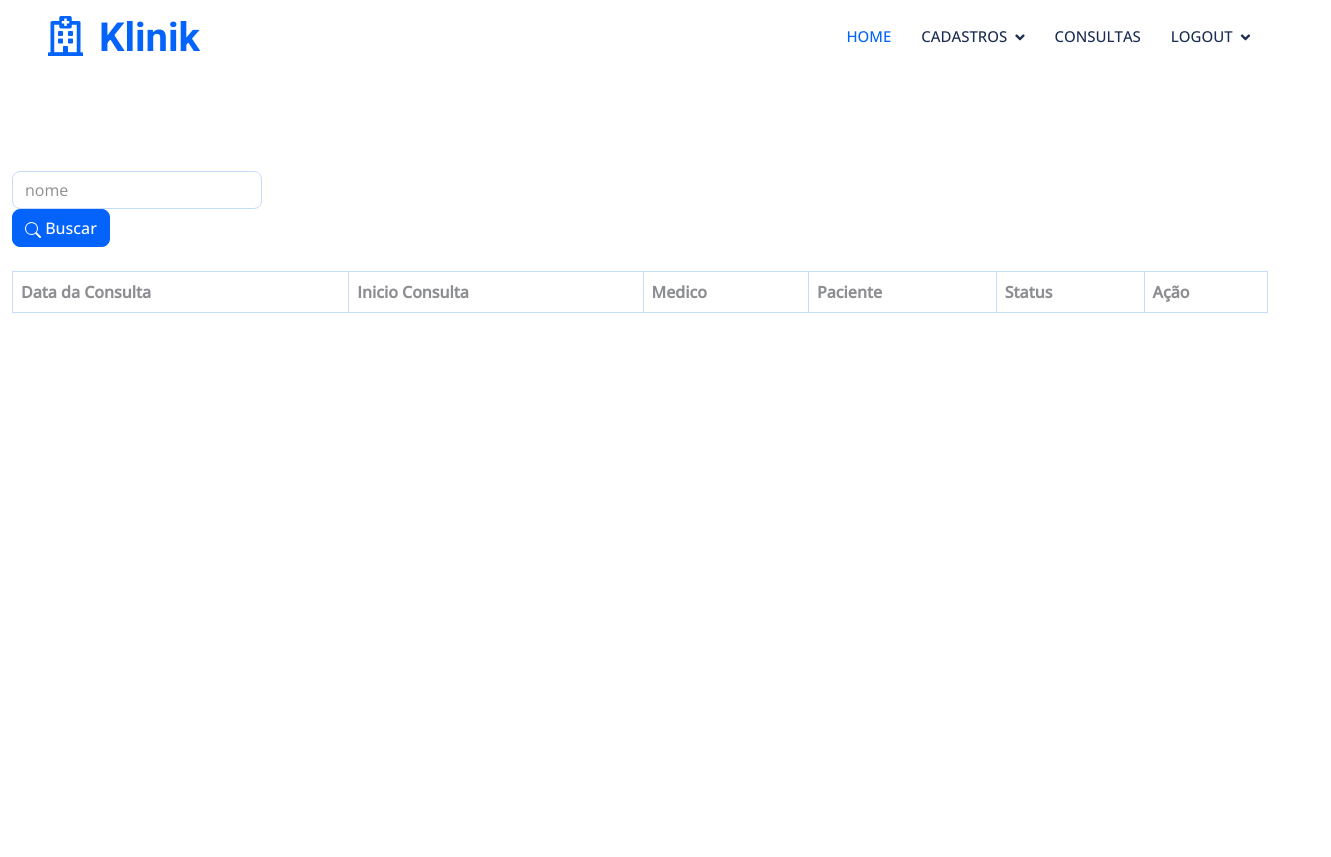
Repository: henrickrufino91/AgendaConsultas
Page: http://localhost/consulta/listarConsultas
These files come from the project's save history. The page is drawn as it stood at one moment and after the next save; the edit follows.
The browser window is 1280 px wide. The page is 1331 px wide, so the pictures cover 1331 px, including what lies to the right of the window. The pictures show the whole page.
Some web libraries are served in a nearby version. The page is this project's Thymeleaf template; nobody is signed in. The template is opened directly, without the code that normally fills it, so the values that code supplies are empty.

Above is the page before, as saved 2024-12-26 18:05:20.

### clinica/src/main/resources/templates/consulta/listarConsultas.html
<!DOCTYPE html>
<html lang="en">

<head>
    <meta charset="utf-8">
    <title>Lista de Consultas</title>
    <meta content="width=device-width, initial-scale=1.0" name="viewport">
    <meta content="" name="keywords">
    <meta content="" name="description">

    <!-- Favicon -->
    <link href="img/favicon.ico" rel="icon">

    <!-- Google Web Fonts -->
    <link rel="preconnect" href="https://fonts.googleapis.com">
    <link rel="preconnect" href="https://fonts.gstatic.com" crossorigin>
    <link href="https://fonts.googleapis.com/css2?family=Open+Sans:wght@400;500&family=Roboto:wght@500;700;900&display=swap" rel="stylesheet">

    <!-- Icon Font Stylesheet -->
    <link href="https://cdnjs.cloudflare.com/ajax/libs/font-awesome/5.10.0/css/all.min.css" rel="stylesheet">
    <link href="https://cdn.jsdelivr.net/npm/bootstrap-icons@1.4.1/font/bootstrap-icons.css" rel="stylesheet">

    <!-- Libraries Stylesheet -->
    <link href="lib/animate/animate.min.css" rel="stylesheet">
    <link href="lib/owlcarousel/assets/owl.carousel.min.css" rel="stylesheet">
    <link href="lib/tempusdominus/css/tempusdominus-bootstrap-4.min.css" rel="stylesheet" />

    <!-- Customized Bootstrap Stylesheet -->
    <link href="css/bootstrap.min.css" rel="stylesheet">

    <!-- Template Stylesheet -->
    <link href="css/style.css" rel="stylesheet">
</head>

<body>
    <!-- Spinner Start -->
    <div id="spinner" class="show bg-white position-fixed translate-middle w-100 vh-100 top-50 start-50 d-flex align-items-center justify-content-center">
        <div class="spinner-grow text-primary" style="width: 3rem; height: 3rem;" role="status">
            <span class="sr-only">Loading...</span>
        </div>
    </div>
    <!-- Spinner End -->


    <!-- Topbar Start -->
    <div class="container-fluid bg-light p-0 wow fadeIn" data-wow-delay="0.1s">

    </div>
    <!-- Topbar End -->


    <!-- Navbar Start -->
    <nav class="navbar navbar-expand-lg bg-white navbar-light sticky-top p-0 wow fadeIn" data-wow-delay="0.1s">
        <a href="index.html" class="navbar-brand d-flex align-items-center px-4 px-lg-5">
            <h1 class="m-0 text-primary"><i class="far fa-hospital me-3"></i>Klinik</h1>
        </a>
        <button type="button" class="navbar-toggler me-4" data-bs-toggle="collapse" data-bs-target="#navbarCollapse">
            <span class="navbar-toggler-icon"></span>
        </button>
        <div class="collapse navbar-collapse" id="navbarCollapse">
            <div class="navbar-nav ms-auto p-4 p-lg-0">
                <a th:href="@{/index}" class="nav-item nav-link active">Home</a>

                <div class="nav-item dropdown">
                    <a href="#" class="nav-link dropdown-toggle" data-bs-toggle="dropdown">Cadastros</a>
                    <div class="dropdown-menu rounded-0 rounded-bottom m-0">
                        <a th:href="@{/novoPaciente}" class="dropdown-item">Pacientes</a>
                        <a th:href="@{/novoMedico}" class="dropdown-item">Médicos(as)</a>
                       <a th:href="@{/novoUsuario}" class="dropdown-item">Usuários</a>

                    </div>
                </div>
                <a th:href="@{/novaConsulta}" class="nav-item nav-link">Consultas</a>

                <div class="nav-item dropdown">
                    <a href="#" class="nav-link dropdown-toggle" data-bs-toggle="dropdown">Logout</a>
                    <div class="dropdown-menu rounded-0 rounded-bottom m-0">
                        <a th:href="@{/logout}" class="dropdown-item">Sair</a>

                    </div>
                </div>

            </div>
        </div>
    </nav>
    <!-- Navbar End -->


    <!-- Header Start -->
    <div class="container-fluid header bg-primary p-0 mb-5">





    </div>
    <!-- Header End -->




    <!-- About Start -->
    <div class="container-xxl py-5">

       <div>
       <input class="form-control" value="nome" id="inputEmail" type="text" style="width: 250px" />


       <a class="btn btn-primary"><svg xmlns="http://www.w3.org/2000/svg" width="16" height="16" fill="currentColor" class="bi bi-search" viewBox="0 0 16 16">
  											<path d="M11.742 10.344a6.5 6.5 0 1 0-1.397 1.398h-.001q.044.06.098.115l3.85 3.85a1 1 0 0 0 1.415-1.414l-3.85-3.85a1 1 0 0 0-.115-.1zM12 6.5a5.5 5.5 0 1 1-11 0 5.5 5.5 0 0 1 11 0"/>
											</svg> Buscar</a>
       </div>

      <br>
       <table class="table table-bordered table-hover">

        		<thead>

            	<th scope="col">Data da Consulta</th>
            	<th scope="col">Inicio Consulta</th>
            	<th scope="col">Medico</th>
            	<th scope="col">Paciente</th>
            	<th scope="col">Status</th>
            	<th scope="col">Ação</th>

        		</thead>
        		<tbody>
            	<tr scope="row" th:each="c : ${listarConsultas}">


                <td th:text="${c.dataConsulta}"></td>
                <td th:text="${c.inicioConsulta}"></td>
                <td th:text="${c.consulta.medico.nome}"></td>
                <td th:text="${c.consulta.paciente.nome}"></td>
                <td th:text="${c.consulta.status.descricao}"></td>

                <td>

                 <a class="btn btn-primary" th:href="@{'/editarConsulta?codigo=' + ${c.codConsulta}}"> Editar
				<svg xmlns="http://www.w3.org/2000/svg" width="16" height="16" fill="currentColor" class="bi bi-pencil-fill" viewBox="0 0 16 16">
  				<path d="M12.854.146a.5.5 0 0 0-.707 0L10.5 1.793 14.207 5.5l1.647-1.646a.5.5 0 0 0 0-.708zm.646 6.061L9.793 2.5 3.293 9H3.5a.5.5 0 0 1 .5.5v.5h.5a.5.5 0 0 1 .5.5v.5h.5a.5.5 0 0 1 .5.5v.5h.5a.5.5 0 0 1 .5.5v.207zm-7.468 7.468A.5.5 0 0 1 6 13.5V13h-.5a.5.5 0 0 1-.5-.5V12h-.5a.5.5 0 0 1-.5-.5V11h-.5a.5.5 0 0 1-.5-.5V10h-.5a.5.5 0 0 1-.175-.032l-.179.178a.5.5 0 0 0-.11.168l-2 5a.5.5 0 0 0 .65.65l5-2a.5.5 0 0 0 .168-.11z"/>
				</svg></a>

				<a class="btn btn-danger" th:href="@{'/removerConsulta?codigo=' + ${c.codConsulta}}"> Remover
				<svg xmlns="http://www.w3.org/2000/svg" width="16" height="16" fill="currentColor" class="bi bi-archive-fill" viewBox="0 0 16 16">
  				<path d="M12.643 15C13.979 15 15 13.845 15 12.5V5H1v7.5C1 13.845 2.021 15 3.357 15zM5.5 7h5a.5.5 0 0 1 0 1h-5a.5.5 0 0 1 0-1M.8 1a.8.8 0 0 0-.8.8V3a.8.8 0 0 0 .8.8h14.4A.8.8 0 0 0 16 3V1.8a.8.8 0 0 0-.8-.8z"/>
				</svg></a>

                </td>






            </tr>
        </tbody>
        </table>

    </div>
    <!-- About End -->


    <!-- Service Start -->
    <div class="container-xxl py-5">

    </div>
    <!-- Service End -->


    <!-- Feature Start -->
    <div class="container-fluid bg-primary overflow-hidden my-5 px-lg-0">

    </div>
    <!-- Feature End -->


    <!-- Team Start -->
    <div class="container-xxl py-5">

    </div>
    <!-- Team End -->


    <!-- Appointment Start -->
    <div class="container-xxl py-5">

    </div>
    <!-- Appointment End -->


    <!-- Testimonial Start -->
    <div class="container-xxl py-5">

    </div>
    <!-- Testimonial End -->


    <!-- Footer Start -->

    </div>
    <!-- Footer End -->


    <!-- Back to Top -->
    <a href="#" class="btn btn-lg btn-primary btn-lg-square rounded-circle back-to-top"><i class="bi bi-arrow-up"></i></a>


    <!-- JavaScript Libraries -->
    <script src="https://code.jquery.com/jquery-3.4.1.min.js"></script>
    <script src="https://cdn.jsdelivr.net/npm/bootstrap@5.0.0/dist/js/bootstrap.bundle.min.js"></script>
    <script src="lib/wow/wow.min.js"></script>
    <script src="lib/easing/easing.min.js"></script>
    <script src="lib/waypoints/waypoints.min.js"></script>
    <script src="lib/counterup/counterup.min.js"></script>
    <script src="lib/owlcarousel/owl.carousel.min.js"></script>
    <script src="lib/tempusdominus/js/moment.min.js"></script>
    <script src="lib/tempusdominus/js/moment-timezone.min.js"></script>
    <script src="lib/tempusdominus/js/tempusdominus-bootstrap-4.min.js"></script>

    <!-- Template Javascript -->
    <script src="js/main.js"></script>
</body>

</html>

### clinica/src/main/resources/static/css/style.css
/********** Template CSS **********/
:root {
    --primary: #0463FA;
    --light: #EFF5FF;
    --dark: #1B2C51;
}

.fw-medium {
    font-weight: 500 !important;
}

.fw-bold {
    font-weight: 700 !important;
}

.fw-black {
    font-weight: 900 !important;
}

.back-to-top {
    position: fixed;
    display: none;
    right: 45px;
    bottom: 45px;
    z-index: 99;
}


/*** Spinner ***/
#spinner {
    opacity: 0;
    visibility: hidden;
    transition: opacity .5s ease-out, visibility 0s linear .5s;
    z-index: 99999;
}

#spinner.show {
    transition: opacity .5s ease-out, visibility 0s linear 0s;
    visibility: visible;
    opacity: 1;
}


/*** Button ***/
.btn {
    font-weight: 500;
    transition: .5s;
}

.btn.btn-primary,
.btn.btn-secondary {
    color: #FFFFFF;
}

.btn-square {
    width: 38px;
    height: 38px;
}

.btn-sm-square {
    width: 32px;
    height: 32px;
}

.btn-lg-square {
    width: 48px;
    height: 48px;
}

.btn-square,
.btn-sm-square,
.btn-lg-square {
    padding: 0;
    display: flex;
    align-items: center;
    justify-content: center;
    font-weight: normal;
}


/*** Navbar ***/
.navbar .dropdown-toggle::after {
    border: none;
    content: "\f107";
    font-family: "Font Awesome 5 Free";
    font-weight: 900;
    vertical-align: middle;
    margin-left: 8px;
}

.navbar .navbar-nav .nav-link {
    margin-right: 30px;
    padding: 25px 0;
    color: #FFFFFF;
    font-size: 15px;
    font-weight: 500;
    text-transform: uppercase;
    outline: none;
}

.navbar .navbar-nav .nav-link:hover,
.navbar .navbar-nav .nav-link.active {
    color: var(--primary);
}

@media (max-width: 991.98px) {
    .navbar .navbar-nav .nav-link  {
        margin-right: 0;
        padding: 10px 0;
    }

    .navbar .navbar-nav {
        border-top: 1px solid #EEEEEE;
    }
}

.navbar .navbar-brand,
.navbar a.btn {
    height: 75px;
}

.navbar .navbar-nav .nav-link {
    color: var(--dark);
    font-weight: 500;
}

.navbar.sticky-top {
    top: -100px;
    transition: .5s;
}

@media (min-width: 992px) {
    .navbar .nav-item .dropdown-menu {
        display: block;
        border: none;
        margin-top: 0;
        top: 150%;
        opacity: 0;
        visibility: hidden;
        transition: .5s;
    }

    .navbar .nav-item:hover .dropdown-menu {
        top: 100%;
        visibility: visible;
        transition: .5s;
        opacity: 1;
    }
}


/*** Header ***/
.header-carousel .owl-carousel-text {
    position: absolute;
    width: 100%;
    height: 100%;
    padding: 3rem;
    top: 0;
    left: 0;
    display: flex;
    align-items: center;
    justify-content: center;
    text-shadow: 0 0 30px rgba(0, 0, 0, .1);
}

.header-carousel .owl-nav {
    position: absolute;
    width: 200px;
    height: 45px;
    bottom: 30px;
    left: 50%;
    transform: translateX(-50%);
    display: flex;
    justify-content: space-between;
}

.header-carousel .owl-nav .owl-prev,
.header-carousel .owl-nav .owl-next {
    width: 45px;
    height: 45px;
    display: flex;
    align-items: center;
    justify-content: center;
    color: #FFFFFF;
    background: transparent;
    border: 1px solid #FFFFFF;
    border-radius: 45px;
    font-size: 22px;
    transition: .5s;
}

.header-carousel .owl-nav .owl-prev:hover,
.header-carousel .owl-nav .owl-next:hover {
    background: var(--primary);
    border-color: var(--primary);
}

.header-carousel .owl-dots {
    position: absolute;
    height: 45px;
    bottom: 30px;
    left: 50%;
    transform: translateX(-50%);
    display: flex;
    align-items: center;
    justify-content: center;
}

.header-carousel .owl-dot {
    position: relative;
    display: inline-block;
    margin: 0 5px;
    width: 15px;
    height: 15px;
    background: transparent;
    border: 1px solid #FFFFFF;
    border-radius: 15px;
    transition: .5s;
}

.header-carousel .owl-dot::after {
    position: absolute;
    content: "";
    width: 5px;
    height: 5px;
    top: 4px;
    left: 4px;
    background: #FFFFFF;
    border-radius: 5px;
}

.header-carousel .owl-dot.active {
    background: var(--primary);
    border-color: var(--primary);
}

.page-header {
    background: url(../img/header-page.jpg) top center no-repeat;
    background-size: cover;
    text-shadow: 0 0 30px rgba(0, 0, 0, .1);
}

.breadcrumb-item + .breadcrumb-item::before {
    color: var(--light);
}


/*** Service ***/
.service-item {
    transition: .5s;
}

.service-item:hover {
    margin-top: -10px;
    box-shadow: 0 .5rem 1.5rem rgba(0, 0, 0, .08);
}

.service-item .btn {
    width: 40px;
    height: 40px;
    display: inline-flex;
    align-items: center;
    background: #FFFFFF;
    border-radius: 40px;
    white-space: nowrap;
    overflow: hidden;
    transition: .5s;
}

.service-item:hover .btn {
    width: 140px;
}


/*** Feature ***/
@media (min-width: 992px) {
    .container.feature {
        max-width: 100% !important;
    }

    .feature-text  {
        padding-left: calc(((100% - 960px) / 2) + .75rem);
    }
}

@media (min-width: 1200px) {
    .feature-text  {
        padding-left: calc(((100% - 1140px) / 2) + .75rem);
    }
}

@media (min-width: 1400px) {
    .feature-text  {
        padding-left: calc(((100% - 1320px) / 2) + .75rem);
    }
}


/*** Team ***/
.team-item img {
    position: relative;
    top: 0;
    transition: .5s;
}

.team-item:hover img {
    top: -30px;
}

.team-item .team-text {
    position: relative;
    height: 100px;
    transition: .5s;
}

.team-item:hover .team-text {
    margin-top: -60px;
    height: 160px;
}

.team-item .team-text .team-social {
    opacity: 0;
    transition: .5s;
}

.team-item:hover .team-text .team-social {
    opacity: 1;
}

.team-item .team-social .btn {
    display: inline-flex;
    color: var(--primary);
    background: #FFFFFF;
    border-radius: 40px;
}

.team-item .team-social .btn:hover {
    color: #FFFFFF;
    background: var(--primary);
}


/*** Appointment ***/
.bootstrap-datetimepicker-widget.bottom {
    top: auto !important;
}

.bootstrap-datetimepicker-widget .table * {
    border-bottom-width: 0px;
}

.bootstrap-datetimepicker-widget .table th {
    font-weight: 500;
}

.bootstrap-datetimepicker-widget.dropdown-menu {
    padding: 10px;
    border-radius: 2px;
}

.bootstrap-datetimepicker-widget table td.active,
.bootstrap-datetimepicker-widget table td.active:hover {
    background: var(--primary);
}

.bootstrap-datetimepicker-widget table td.today::before {
    border-bottom-color: var(--primary);
}


/*** Testimonial ***/
.testimonial-carousel::before {
    position: absolute;
    content: "";
    top: 0;
    left: 0;
    height: 100%;
    width: 0;
    background: linear-gradient(to right, rgba(255, 255, 255, 1) 0%, rgba(255, 255, 255, 0) 100%);
    z-index: 1;
}

.testimonial-carousel::after {
    position: absolute;
    content: "";
    top: 0;
    right: 0;
    height: 100%;
    width: 0;
    background: linear-gradient(to left, rgba(255, 255, 255, 1) 0%, rgba(255, 255, 255, 0) 100%);
    z-index: 1;
}

@media (min-width: 768px) {
    .testimonial-carousel::before,
    .testimonial-carousel::after {
        width: 200px;
    }
}

@media (min-width: 992px) {
    .testimonial-carousel::before,
    .testimonial-carousel::after {
        width: 300px;
    }
}

.testimonial-carousel .owl-item .testimonial-text {
    background: var(--light);
    transform: scale(.8);
    transition: .5s;
}

.testimonial-carousel .owl-item.center .testimonial-text {
    background: var(--primary);
    transform: scale(1);
}

.testimonial-carousel .owl-item .testimonial-text *,
.testimonial-carousel .owl-item .testimonial-item img {
    transition: .5s;
}

.testimonial-carousel .owl-item.center .testimonial-text * {
    color: var(--light) !important;
}

.testimonial-carousel .owl-item.center .testimonial-item img {
    background: var(--primary) !important;
}

.testimonial-carousel .owl-nav {
    position: absolute;
    width: 350px;
    top: 15px;
    left: 50%;
    transform: translateX(-50%);
    display: flex;
    justify-content: space-between;
    opacity: 0;
    transition: .5s;
    z-index: 1;
}

.testimonial-carousel:hover .owl-nav {
    width: 300px;
    opacity: 1;
}

.testimonial-carousel .owl-nav .owl-prev,
.testimonial-carousel .owl-nav .owl-next {
    position: relative;
    color: var(--primary);
    font-size: 45px;
    transition: .5s;
}

.testimonial-carousel .owl-nav .owl-prev:hover,
.testimonial-carousel .owl-nav .owl-next:hover {
    color: var(--dark);
}


/*** Footer ***/
.footer .btn.btn-social {
    margin-right: 5px;
    width: 35px;
    height: 35px;
    display: flex;
    align-items: center;
    justify-content: center;
    color: var(--light);
    border: 1px solid #FFFFFF;
    transition: .3s;
}

.footer .btn.btn-social:hover {
    color: var(--primary);
}

.footer .btn.btn-link {
    display: block;
    margin-bottom: 5px;
    padding: 0;
    text-align: left;
    color: #FFFFFF;
    font-size: 15px;
    font-weight: normal;
    text-transform: capitalize;
    transition: .3s;
}

.footer .btn.btn-link::before {
    position: relative;
    content: "\f105";
    font-family: "Font Awesome 5 Free";
    font-weight: 900;
    margin-right: 10px;
}

.footer .btn.btn-link:hover {
    color: var(--primary);
    letter-spacing: 1px;
    box-shadow: none;
}

.footer .copyright {
    padding: 25px 0;
    font-size: 15px;
    border-top: 1px solid rgba(256, 256, 256, .1);
}

.footer .copyright a {
    color: var(--light);
}

.footer .copyright a:hover {
    color: var(--primary);
}

Loaded but not shown: clinica/src/main/resources/static/lib/animate/animate.min.css (library); clinica/src/main/resources/static/lib/owlcarousel/assets/owl.carousel.min.css (common file); clinica/src/main/resources/static/lib/tempusdominus/css/tempusdominus-bootstrap-4.min.css (library); clinica/src/main/resources/static/css/bootstrap.min.css (library); clinica/src/main/resources/static/lib/wow/wow.min.js (library); clinica/src/main/resources/static/lib/easing/easing.min.js (common file); clinica/src/main/resources/static/lib/waypoints/waypoints.min.js (library); clinica/src/main/resources/static/lib/counterup/counterup.min.js (common file); clinica/src/main/resources/static/lib/owlcarousel/owl.carousel.min.js (library); clinica/src/main/resources/static/lib/tempusdominus/js/moment.min.js (library); clinica/src/main/resources/static/lib/tempusdominus/js/moment-timezone.min.js (library); clinica/src/main/resources/static/lib/tempusdominus/js/tempusdominus-bootstrap-4.min.js (library); clinica/src/main/resources/static/js/main.js (97 lines, source omitted)

After the next save:
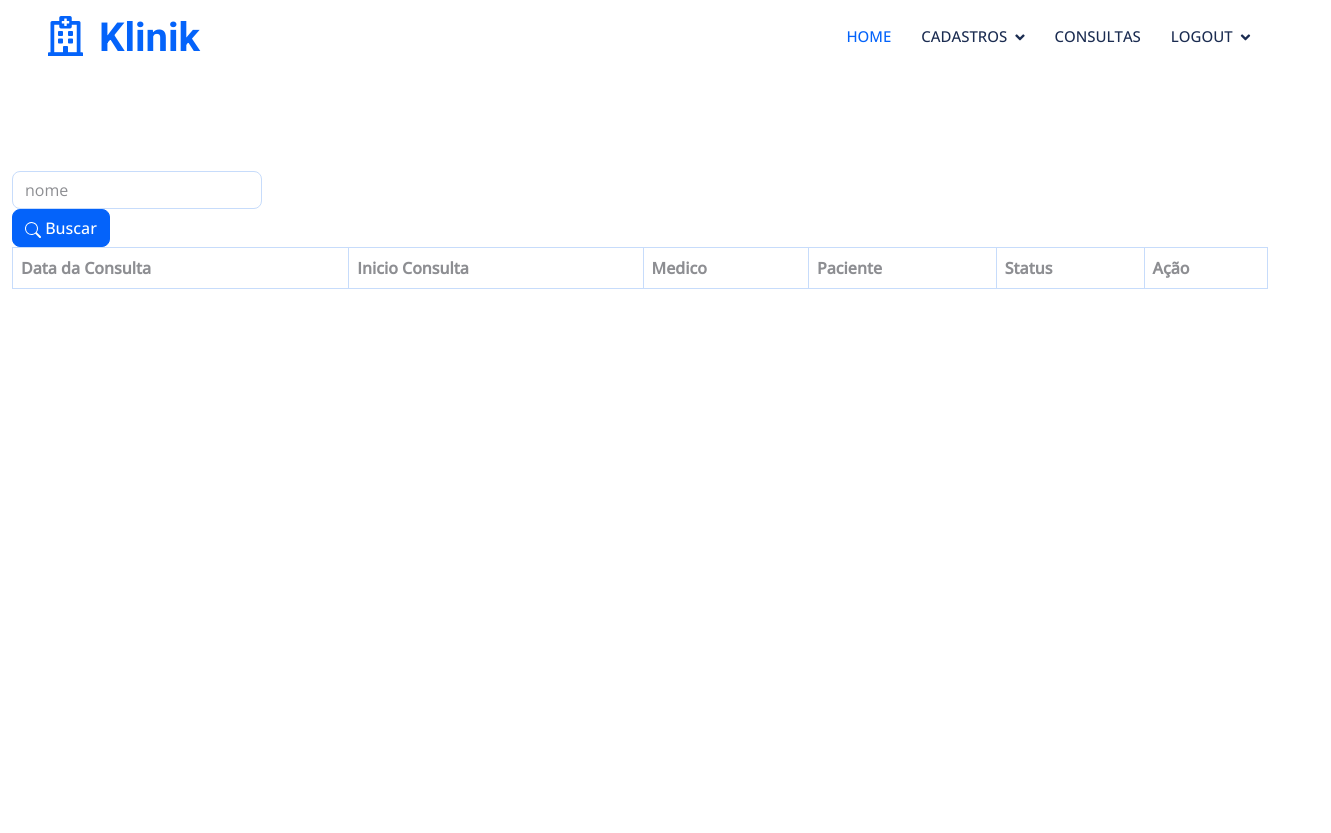
Saved 21 s later.
--- a/clinica/src/main/resources/templates/consulta/listarConsultas.html
+++ b/clinica/src/main/resources/templates/consulta/listarConsultas.html
@@ -102,7 +102,7 @@
     <!-- About Start -->
     <div class="container-xxl py-5">
 
-       <div>
+       <div style="display: inline-block;">
        <input class="form-control" value="nome" id="inputEmail" type="text" style="width: 250px" />
 
 

After the save that followed:
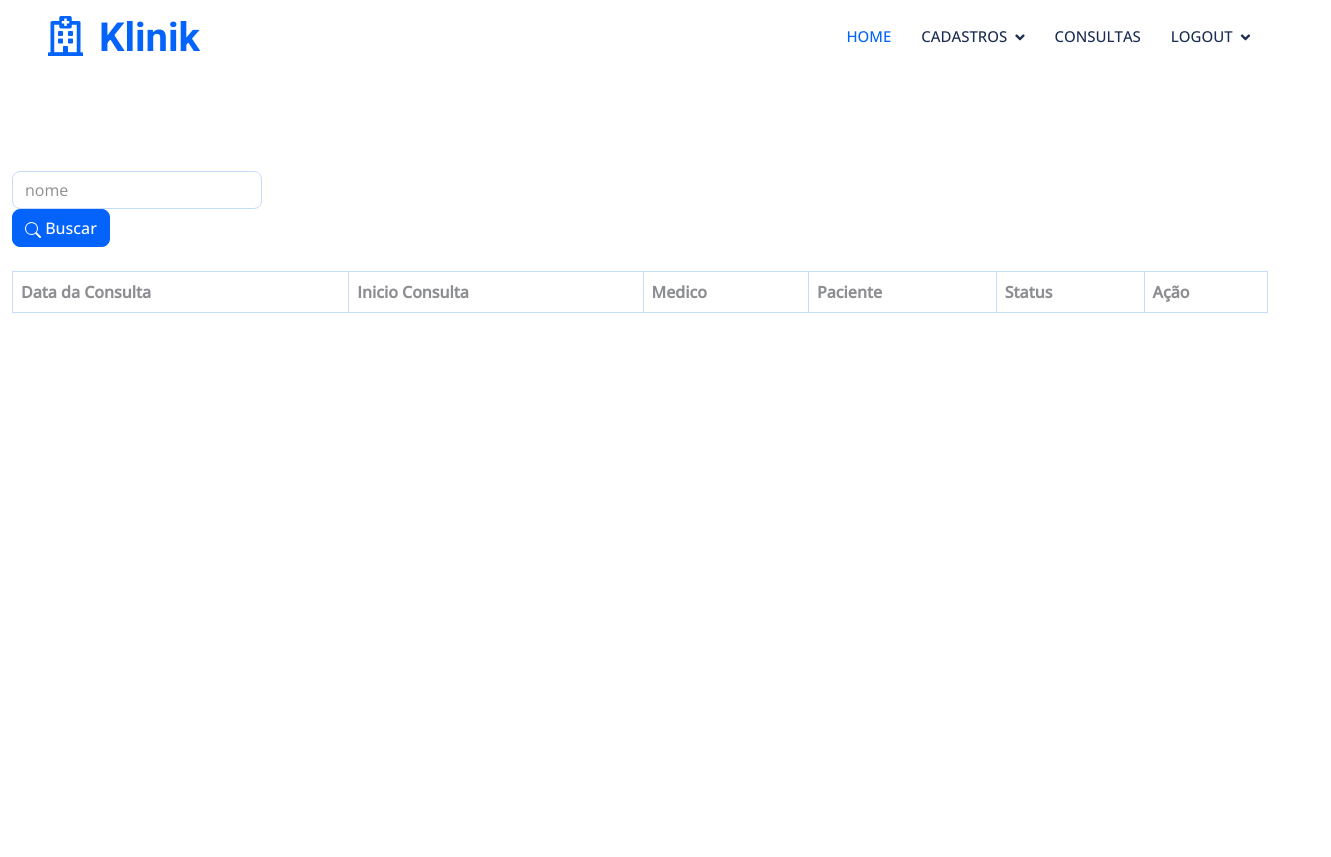
Saved 17 s later.
--- a/clinica/src/main/resources/templates/consulta/listarConsultas.html
+++ b/clinica/src/main/resources/templates/consulta/listarConsultas.html
@@ -102,7 +102,7 @@
     <!-- About Start -->
     <div class="container-xxl py-5">
 
-       <div style="display: inline-block;">
+       <div style="">
        <input class="form-control" value="nome" id="inputEmail" type="text" style="width: 250px" />
 
 
